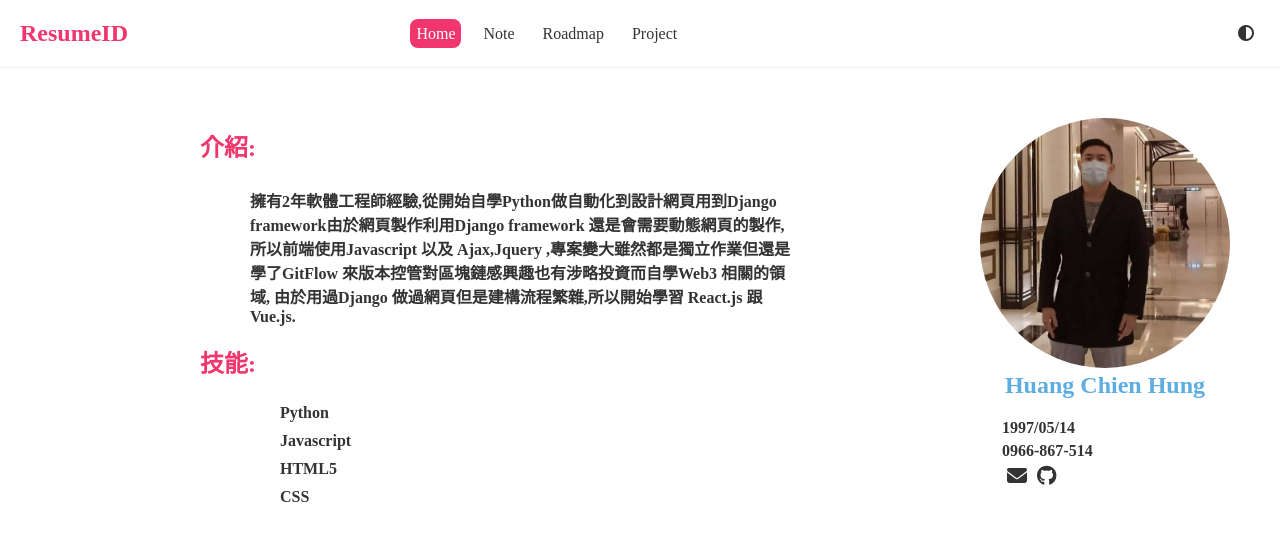
Repository: leo-play-code/ResumeID
Page: /
An editor plug-in stored every save of this project. The page is shown before and after a run of saves, followed by the edit.
The browser window is 1280 px wide. The pictures show the whole page.
Some web libraries are served in a nearby version. The project was rebuilt for these pictures with package versions that can differ from the ones it lists, and the page was loaded fresh each time. Also part of the build but not shown: src/Note/Note.js, src/Roadmap/Roadmap.js, src/Project/Project.js.

Above is the page before, as saved 2022-10-18 15:28:10.

After the next 2 saves:
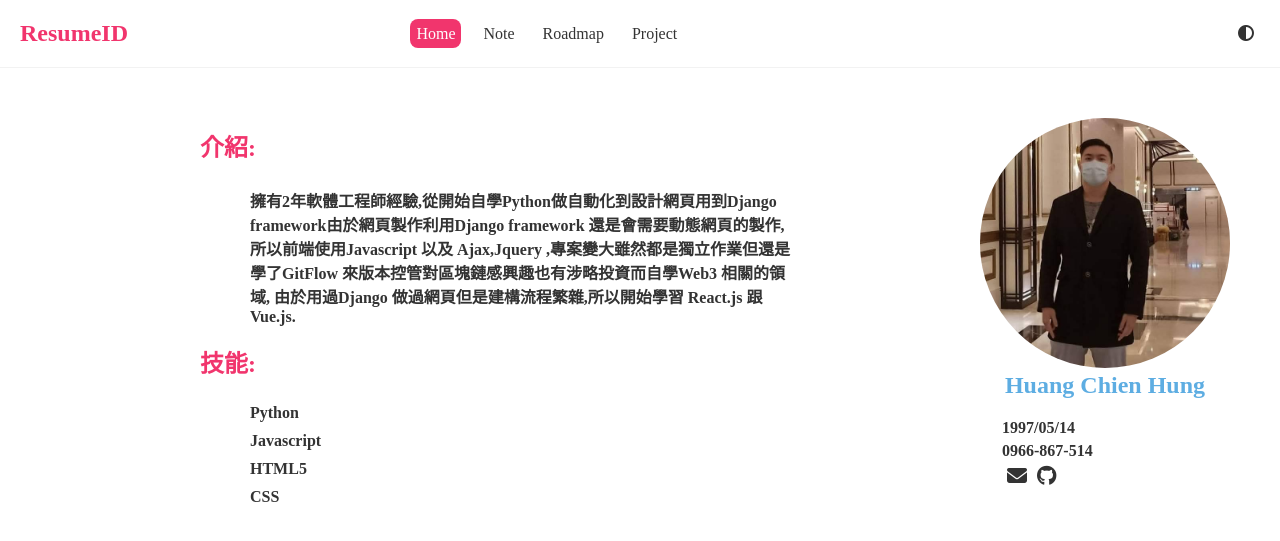
The 2 saves are shown as one change because they came seconds apart.
The last was saved 8 s later.
--- a/src/index.css
+++ b/src/index.css
@@ -109,5 +109,4 @@
 }
 .Home .skill div{
   margin-top: 10px;
-  margin-left: 30px;
 }
